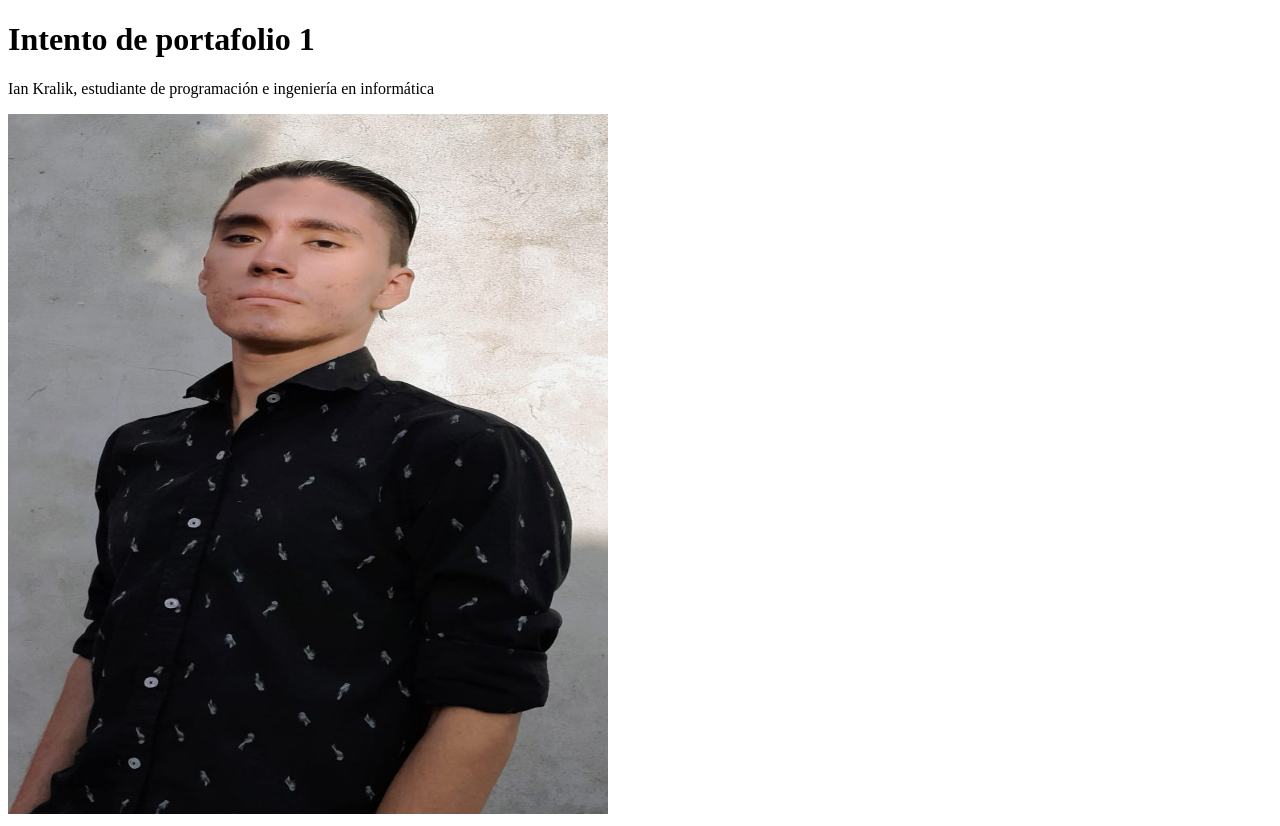
Repository: IanKralik/repositorio-de-prueba
Page: Prueba/index.html
The author's editor kept a copy of each file at every save. The page is drawn from the files as they stood at one save, then again after the next save.
The browser window is 1280 px wide. The pictures show the whole page.

Above is the page before, as saved 2022-12-04 19:59:40.

After the next save:
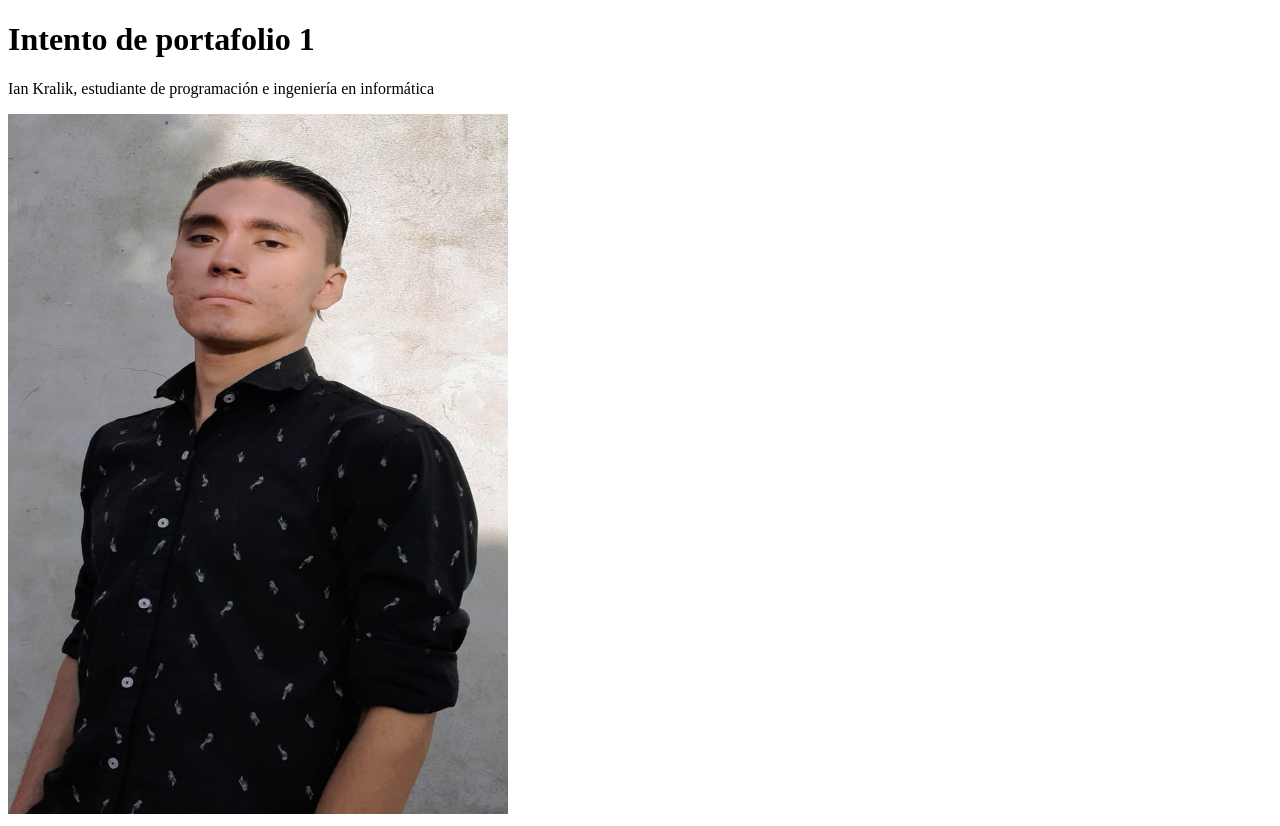
Saved 28 s later.
--- a/Prueba/index.html
+++ b/Prueba/index.html
@@ -10,7 +10,7 @@
 <body>
     <h1>Intento de portafolio 1</h1>
     <p>Ian Kralik, estudiante de programación e ingeniería en informática</p>
-    <img src="fotoian.jpg" alt="Problemas tecnicos" width="600" height="700">
+    <img src="fotoian.jpg" alt="Problemas tecnicos" width="500" height="700">
 
 
 </body>
